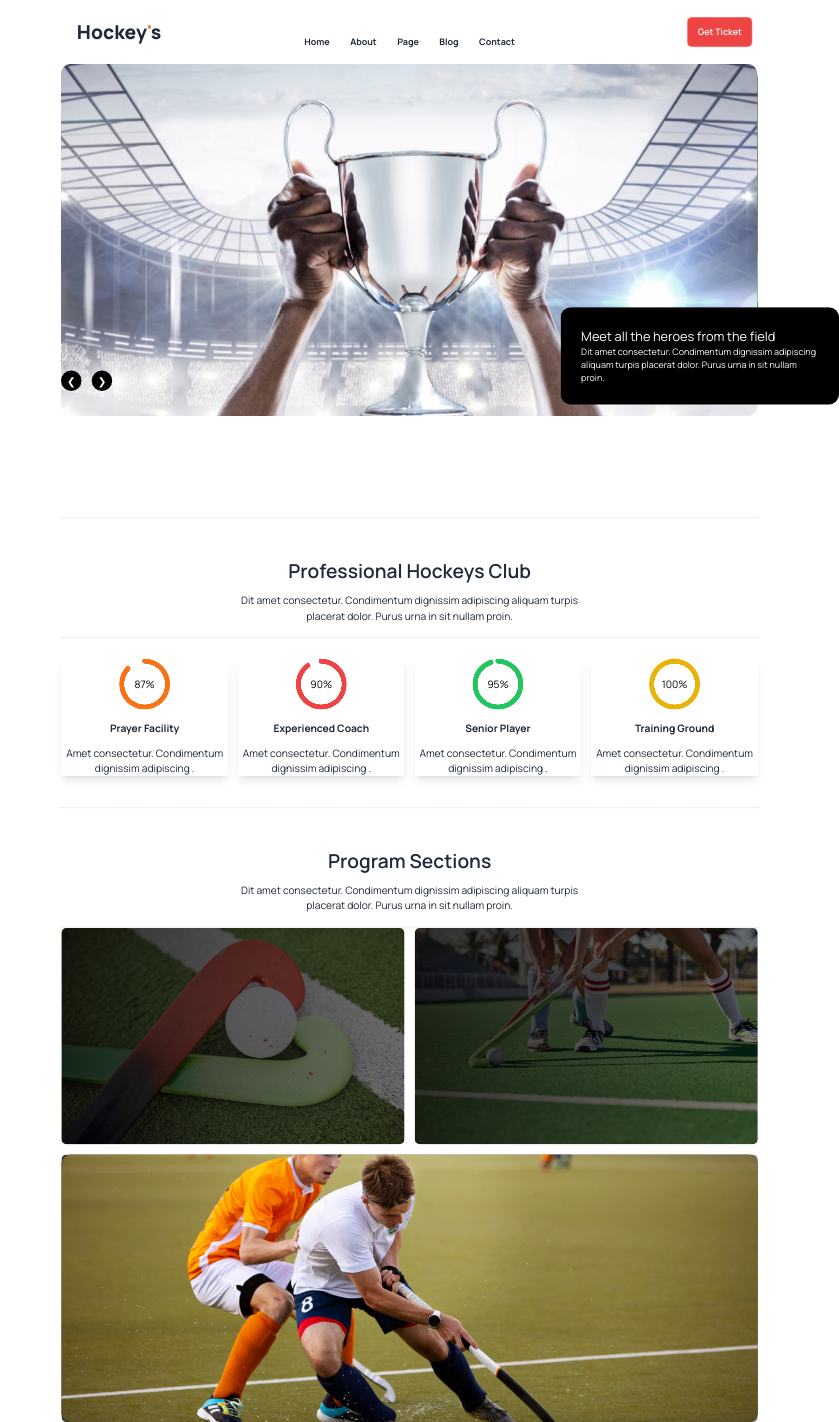
Repository: RudrasahaDibos/Hockey-
Page: index.html
An editor plug-in stored every save of this project. The page is shown before and after a run of saves, followed by the edit.
The browser window is 1280 px wide. The page is 1311 px wide, so the pictures cover 1311 px, including what lies to the right of the window. The pictures show the whole page, at 64% of full size.
Some web libraries are served in a nearby version.

Above is the page before, as saved 2024-10-23 22:32:03.

### index.html
<!DOCTYPE html>
<html lang="en">
<head>
    <meta charset="UTF-8">
    <meta name="viewport" content="width=device-width, initial-scale=1.0">
    <title>Hockeys</title>
    <!-- Tailwinds css -->
    <link href="https://cdn.jsdelivr.net/npm/daisyui@4.12.13/dist/full.min.css" rel="stylesheet" type="text/css" />
    <script src="https://cdn.tailwindcss.com"></script>
    <!-- Font asome -->
    <link rel="stylesheet" href="https://cdnjs.cloudflare.com/ajax/libs/font-awesome/6.6.0/css/all.min.css" integrity="sha512-Kc323vGBEqzTmouAECnVceyQqyqdsSiqLQISBL29aUW4U/M7pSPA/gEUZQqv1cwx4OnYxTxve5UMg5GT6L4JJg==" crossorigin="anonymous" referrerpolicy="no-referrer" />
   <!-- tailwind custom css -->
   <script>
    tailwind.config = {
      theme: {
        extend: {
          colors: {
            clifford: '#da373d',
          }
        }
      }
    }
  </script>
  <!-- google Font  -->
  <link rel="preconnect" href="https://fonts.googleapis.com">
  <link rel="preconnect" href="https://fonts.gstatic.com" crossorigin>
  <link href="https://fonts.googleapis.com/css2?family=Manrope:wght@200..800&display=swap" rel="stylesheet">

  <style>
.manrope {
  font-family: "Manrope", serif;
}
  </style>

</head>
<body class="manrope">
    <!-- header section start here -->
       <header class="container mx-auto lg:px-24 px-8">
                 <!-- navber start here -->
                     <nav>
                        <div class="navbar bg-base-100">
                            <div class="navbar-start">
                              <div class="dropdown">
                                <div tabindex="0" role="button" class="  lg:hidden">
                                  <svg
                                    xmlns="http://www.w3.org/2000/svg"
                                    class="h-5 w-5"
                                    fill="none"
                                    viewBox="0 0 24 24"
                                    stroke="currentColor">
                                    <path
                                      stroke-linecap="round"
                                      stroke-linejoin="round"
                                      stroke-width="2"
                                      d="M4 6h16M4 12h8m-8 6h16" />
                                  </svg>
                                </div>
                                <ul
                                  tabindex="0"
                                  class="menu menu-sm dropdown-content bg-base-100 rounded-box z-[1] mt-3 w-52 p-2 shadow">

                                    <li><a>Home</a></li>
                                    <li><a>About</a></li>
                                    <li><a>Page</a></li>
                                    <li><a>Blog</a></li>
                                    <li><a>Contact</a></li>

                                </ul>
                              </div>

                              <a class=" ml-4  text-2xl lg:text-3xl font-extrabold ">Hockey<span class="text-orange-500">'</span>s</a>

                            </div>
                            <div class="navbar-center hidden lg:flex">
                              <ul class="menu menu-horizontal px-1 mt-8">
                                <li class="hover:text-orange-500 font-bold"><a>Home</a></li>
                                <li  class="hover:text-orange-500 font-bold"><a>About</a></li>
                                <li  class="hover:text-orange-500 font-bold"><a>Page</a></li>
                                <li  class="hover:text-orange-500 font-bold"><a>Blog</a></li>
                                <li  class="hover:text-orange-500 font-bold"><a>Contact</a></li>
                              </ul>
                            </div>
                            <div class="navbar-end  lg:ml-0 ml-20">

                              <a class="btn bg-red-500 text-white  ">Get Ticket</a>
                            </div>
                          </div>
                     </nav>
                 <!-- navber end here -->

                  <!-- banner start here -->
                     <div>
                      <div class="carousel w-full">
                        <div id="slide1" class="carousel-item relative w-full ">
                          <img
                            src="Images/1.png"
                            class="w-full lg:h-[550px] " />
                          <div class="absolute lg:left-0 lg:right-0 lg:top-[90%] left-[90px] top-[80%] flex -translate-y-1/2 transform gap-4">
                            <div class=" h-8 w-8 rounded-full bg-black text-white flex justify-center items-center ">
                              <a href="#slide4" class="lg:btn lg:btn-circle">❮</a>
                            </div>
                            <div class="h-8 w-8 rounded-full bg-black text-white flex justify-center items-center">
                              <a href="#slide2" class="lg:btn lg:btn-circle ">❯</a>
                            </div>
                          </div>
                        </div>
                        <div id="slide2" class="carousel-item relative w-full">
                          <img
                            src="Images/2.png"
                            class="w-full lg:h-[550px]" />
                            <div class="absolute lg:left-0 lg:right-0 lg:top-[90%] left-[90px] top-[80%] flex -translate-y-1/2 transform gap-4">
                              <div class=" h-8 w-8 rounded-full bg-black text-white flex justify-center items-center ">
                                <a href="#slide1" class="lg:btn lg:btn-circle">❮</a>
                              </div>
                              <div class="h-8 w-8 rounded-full bg-black text-white flex justify-center items-center">
                                <a href="#slide3" class="lg:btn lg:btn-circle ">❯</a>
                              </div>
                            </div>
                        </div>
                        <div id="slide3" class="carousel-item relative w-full">
                          <img
                            src="Images/3.png"
                            class="w-full lg:h-[550px]" />
                            <div class="absolute lg:left-0 lg:right-0 lg:top-[90%] left-[90px] top-[80%] flex -translate-y-1/2 transform gap-4">
                              <div class=" h-8 w-8 rounded-full bg-black text-white flex justify-center items-center ">
                                <a href="#slide2" class="lg:btn lg:btn-circle">❮</a>
                              </div>
                              <div class="h-8 w-8 rounded-full bg-black text-white flex justify-center items-center">
                                <a href="#slide4" class="lg:btn lg:btn-circle ">❯</a>
                              </div>
                            </div>
                        </div>
                        <div id="slide4" class="carousel-item relative w-full">
                          <img
                            src="Images/4.png"
                            class="w-full lg:h-[550px]" />
                            <div class="absolute lg:left-0 lg:right-0 lg:top-[90%] left-[90px] top-[80%] flex -translate-y-1/2 transform gap-4">
                              <div class=" h-8 w-8 rounded-full bg-black text-white flex justify-center items-center ">
                                <a href="#slide3" class="lg:btn lg:btn-circle">❮</a>
                              </div>
                              <div class="h-8 w-8 rounded-full bg-black text-white flex justify-center items-center">
                                <a href="#slide1" class="lg:btn lg:btn-circle ">❯</a>
                              </div>
                            </div>
                        </div>
                      </div>

                        <!-- meet all hero  -->
                        <div class=" card bg-black  p-2 lg:p-8  lg:w-2/5 lg:-translate-y-44 lg:left-[780px]">
                          <div class="">
                            <h2 class="lg:text-xl bold text-white">Meet all the heroes from the field</h2>
                            <p class="text-sm text-white">Dit amet consectetur. Condimentum dignissim adipiscing aliquam   turpis placerat dolor. Purus urna in sit nullam proin. </p>

                          </div>
                        </div>
                      <!-- meet hero ebds -->


                     </div>


                   <!-- banner end here -->
       </header>
       <!-- Header section End here -->

       <!-- Main secetion start here  -->
        <main>
                      <!-- Professional Hockeys Club start here -->
                         <section class=" container mx-auto lg:px-24 px-8 lg:mt-0  mt-5  ">
                                 <div class="text-center space-y-4 border-dotted border-t-2 border-b-2  border-separate h-[189px] lg:pt-16">
                                     <h1 class=" text-xl lg:text-3xl font-semibold">Professional Hockeys Club</h1>
                                     <p class="lg:w-[50%] lg:mx-auto">Dit amet consectetur. Condimentum dignissim adipiscing aliquam turpis placerat dolor. Purus urna in sit nullam proin. </p>
                                 </div>
                                  <div class="mt-8">
                                        <div class="grid grid-cols-1 md:gird-cols-2 lg:grid-cols-4 gap-4 ">
                                                <div class=" h-50 shadow-lg space-y-4 flex flex-col justify-center items-center">
                                                  <div class="radial-progress text-orange-500  " style="--value:87;" role="progressbar"><span class="text-black"> 87%</span></div>
                                                    <h3 class="font-bold">Prayer Facility</h3>
                                                    <p class="text-center">Amet consectetur. Condimentum dignissim adipiscing .</p>
                                                </div>
                                                <div class=" h-50 shadow-lg space-y-4 flex flex-col justify-center items-center">
                                                  <div class="radial-progress text-red-500  " style="--value:90;" role="progressbar"><span class="text-black"> 90%</span></div>
                                                    <h3 class="font-bold">Experienced Coach</h3>
                                                    <p class="text-center">Amet consectetur. Condimentum dignissim adipiscing .</p>
                                                </div>
                                                <div class=" h-50  shadow-lg space-y-4 flex flex-col justify-center items-center">
                                                  <div class="radial-progress text-green-500  " style="--value:95;" role="progressbar"><span class="text-black"> 95%</span></div>
                                                    <h3 class="font-bold">Senior Player</h3>
                                                    <p class="text-center">Amet consectetur. Condimentum dignissim adipiscing .</p>
                                                </div>
                                                <div class=" h-50 shadow-lg space-y-4 flex flex-col justify-center items-center">
                                                  <div class="radial-progress text-yellow-500  " style="--value:100;" role="progressbar"><span class="text-black"> 100%</span></div>
                                                    <h3 class="font-bold">Training Ground</h3>
                                                    <p class="text-center">Amet consectetur. Condimentum dignissim adipiscing .</p>
                                                </div>
                                        </div>
                                  </div>

                         </section>
                       <!-- Professional Hockeys Club end here -->


                       <!-- Program Sections start here -->
                            <section class="container mx-auto lg:px-24 px-8 mt-12 ">
                              <div class="text-center space-y-4 border-dotted border-t-2 border-b-2  border-separate h-[189px] lg:pt-16">
                                <h1 class=" text-xl lg:text-3xl font-semibold">Program Sections</h1>
                                <p class="lg:w-[50%] lg:mx-auto">Dit amet consectetur. Condimentum dignissim adipiscing aliquam turpis placerat dolor. Purus urna in sit nullam proin. </p>
                            </div>
                               <div>
                                <div class="grid  grid-cols-1 lg:grid-cols-2 gap-4">

                                  <div class=" relative bg-no-repeat rounded-lg  bg-center bg-cover  w-full bg-[linear-gradient(90deg,rgb(0,0,0,0.8),rgb(0,0,0,0.5)),url(./images/2.png)] h-[338px]">


                                 </div>


                                  <div class="relative  bg-no-repeat rounded-lg  bg-center bg-cover  w-full bg-[linear-gradient(90deg,rgb(0,0,0,0.8),rgb(0,0,0,0.5)),url(./images/3.png)]  h-[338px]">

                                  </div>
                                  <div class=" lg:col-span-2 relative  rounded-lg  bg-center bg-cover w-full bg-[linear-gradient(90deg,rgb(0,0,0,0.8),rgb(0,0,0,0.5)),url(./images/4.png)]">
                                    <img src="Images/4.png" alt="" class="w-full">
                                  </div>
                                </div>
                               </div>
                            </section>

                       <!-- Program Sections end here -->
        </main>
        <!-- main section end here -->

</body>
</html>

After the next 5 saves:
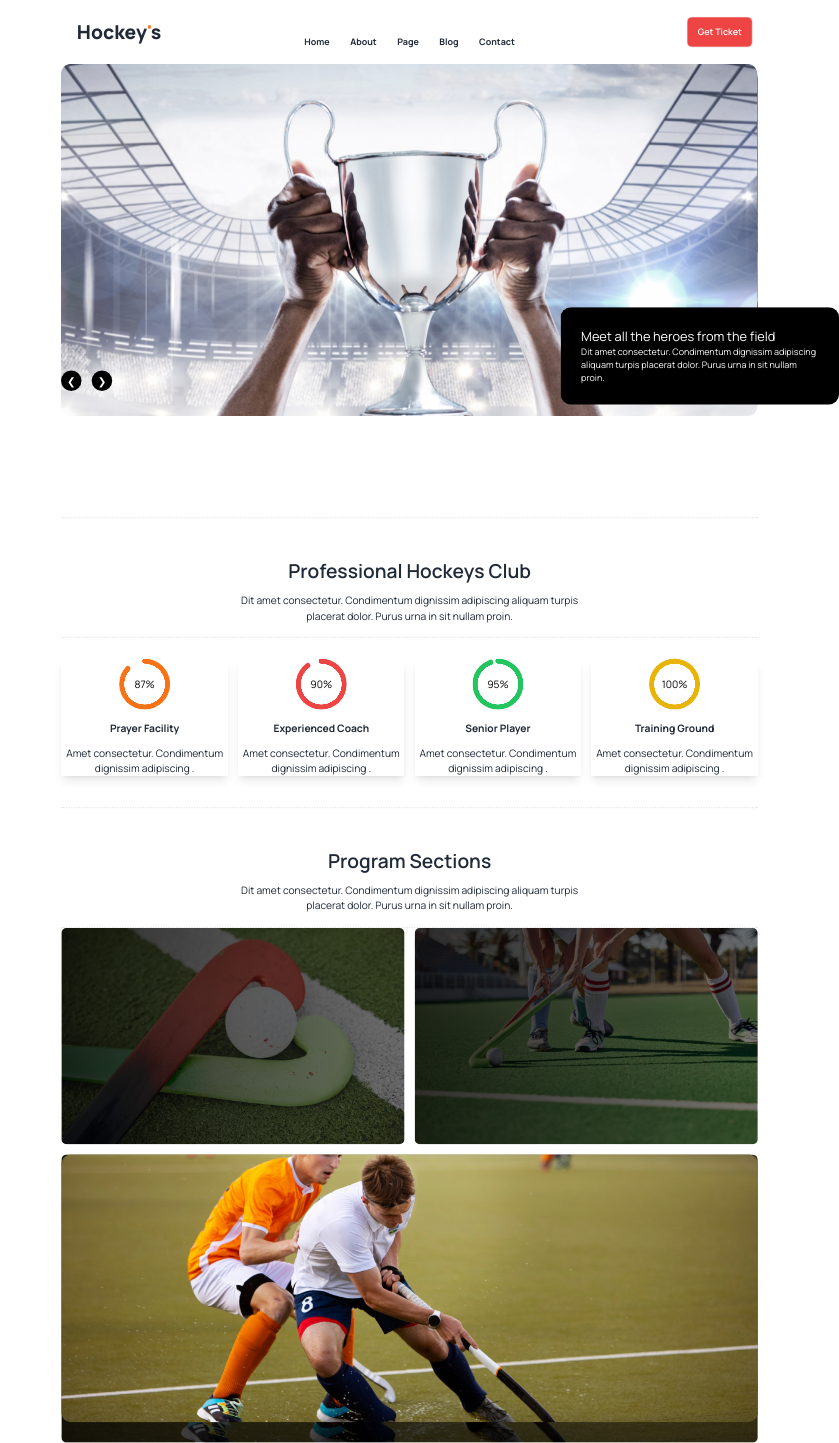
The 5 saves are shown as one change because they came seconds apart.
The last was saved 18 s later.
--- a/index.html
+++ b/index.html
@@ -218,7 +218,7 @@
                                   <div class="relative  bg-no-repeat rounded-lg  bg-center bg-cover  w-full bg-[linear-gradient(90deg,rgb(0,0,0,0.8),rgb(0,0,0,0.5)),url(./images/3.png)]  h-[338px]">
 
                                   </div>
-                                  <div class=" lg:col-span-2 relative  rounded-lg  bg-center bg-cover w-full bg-[linear-gradient(90deg,rgb(0,0,0,0.8),rgb(0,0,0,0.5)),url(./images/4.png)]">
+                                  <div class=" lg:col-span-2 relative  rounded-lg  bg-center bg-cover w-full bg-[linear-gradient(90deg,rgb(0,0,0,0.8),rgb(0,0,0,0.5)),url(./images/4.png)] h-[450px]">
                                     <img src="Images/4.png" alt="" class="w-full">
                                   </div>
                                 </div>
